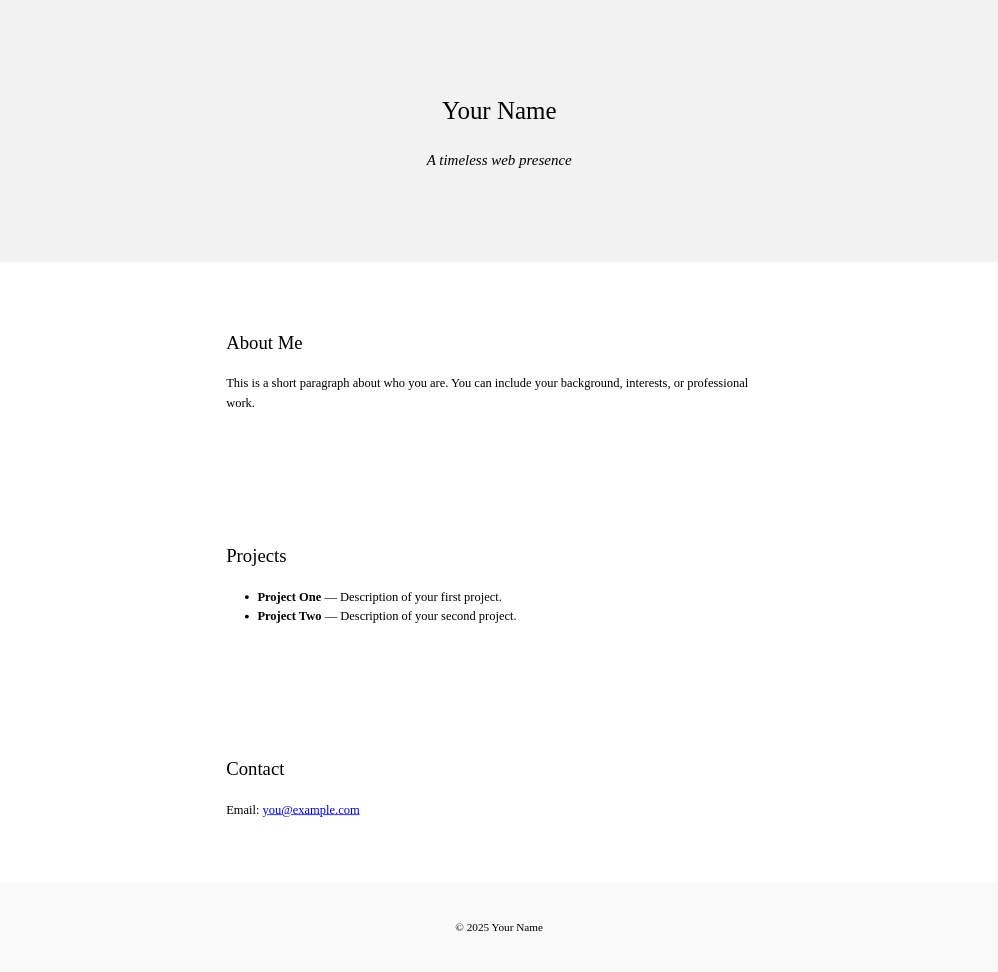
Repository: rgbweston/rgbweston.github.io
Page: index.html
The author's editor kept a copy of each file at every save. The page is drawn from the files as they stood at one save, then again after the next save.
The browser window is 1280 px wide. The pictures show the whole page, at 78% of full size.

Above is the page before, as saved 2025-06-26 10:46:08.

### index.html
<!DOCTYPE html>
<html lang="en">
<head>
  <meta charset="UTF-8" />
  <meta name="viewport" content="width=device-width, initial-scale=1.0" />
  <meta name="description" content="A classic single-page personal site." />
  <title>Your Name</title>
  <link rel="stylesheet" href="style.css" />
</head>
<body>
  <header class="hero">
    <h1>Your Name</h1>
    <p class="tagline">A timeless web presence</p>
  </header>

  <section class="section" id="about">
    <h2>About Me</h2>
    <p>This is a short paragraph about who you are. You can include your background, interests, or professional work.</p>
  </section>

  <section class="section" id="projects">
    <h2>Projects</h2>
    <ul>
      <li><strong>Project One</strong> — Description of your first project.</li>
      <li><strong>Project Two</strong> — Description of your second project.</li>
    </ul>
  </section>

  <section class="section" id="contact">
    <h2>Contact</h2>
    <p>Email: <a href="mailto:you@example.com">you@example.com</a></p>
  </section>

  <footer class="footer">
    <p>&copy; 2025 Your Name</p>
  </footer>

  <script>
    // Simple fade-in animation on scroll
    const sections = document.querySelectorAll('.section');
    const observer = new IntersectionObserver(entries => {
      entries.forEach(entry => {
        if (entry.isIntersecting) {
          entry.target.classList.add('fade-in');
        }
      });
    }, { threshold: 0.1 });

    sections.forEach(sec => observer.observe(sec));
  </script>
</body>
</html>

### style.css
/* style.css */
body {
    margin: 0;
    font-family: 'Times New Roman', serif;
    line-height: 1.6;
    background: #fff;
    color: #000;
  }

  .hero {
    text-align: center;
    padding: 6rem 1rem;
    background: #f2f2f2;
  }

  .tagline {
    font-style: italic;
    font-size: 1.2rem;
    margin-top: 0.5rem;
  }

  .section {
    padding: 4rem 2rem;
    max-width: 700px;
    margin: auto;
    opacity: 0;
    transform: translateY(20px);
    transition: opacity 0.8s ease-out, transform 0.8s ease-out;
  }

  .section.fade-in {
    opacity: 1;
    transform: translateY(0);
  }

  h1, h2 {
    font-weight: normal;
  }

  .footer {
    text-align: center;
    padding: 2rem;
    background: #f9f9f9;
    font-size: 0.9rem;
  }

After the next save:
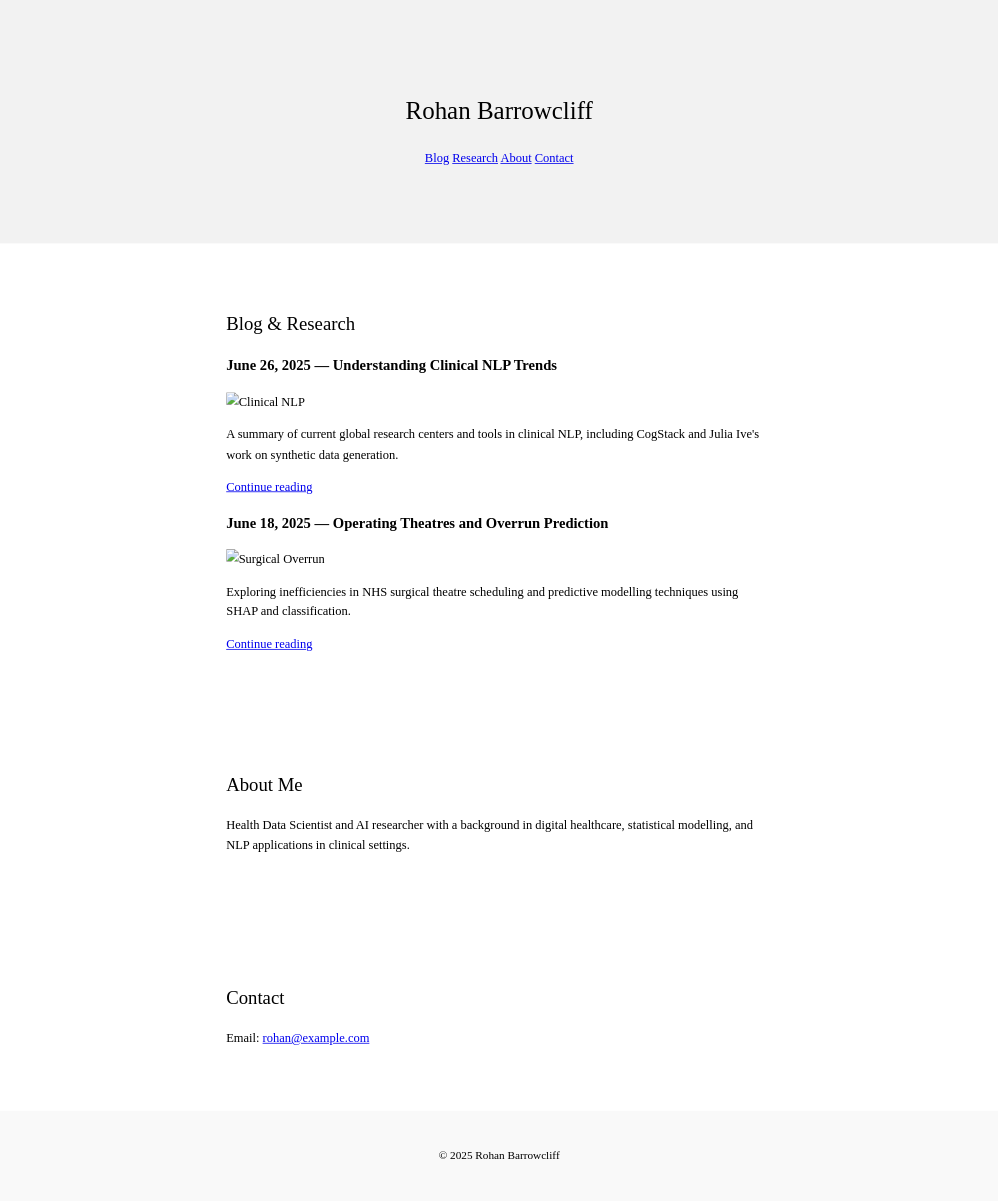
Not found: nlp-image.jpg
Not found: theatre-overrun.jpg
Saved 9 min 16 s later.
--- a/index.html
+++ b/index.html
@@ -3,36 +3,56 @@
 <head>
   <meta charset="UTF-8" />
   <meta name="viewport" content="width=device-width, initial-scale=1.0" />
-  <meta name="description" content="A classic single-page personal site." />
-  <title>Your Name</title>
+  <meta name="description" content="Rohan Barrowcliff's personal site." />
+  <title>Rohan Barrowcliff</title>
   <link rel="stylesheet" href="style.css" />
 </head>
 <body>
   <header class="hero">
-    <h1>Your Name</h1>
-    <p class="tagline">A timeless web presence</p>
+    <div class="navbar">
+      <h1 class="site-title">Rohan Barrowcliff</h1>
+      <nav class="nav-links">
+        <a href="#blog">Blog</a>
+        <a href="#research">Research</a>
+        <a href="#about">About</a>
+        <a href="#contact">Contact</a>
+      </nav>
+    </div>
   </header>
 
-  <section class="section" id="about">
-    <h2>About Me</h2>
-    <p>This is a short paragraph about who you are. You can include your background, interests, or professional work.</p>
-  </section>
+  <main>
+    <section class="section" id="blog">
+      <h2>Blog & Research</h2>
 
-  <section class="section" id="projects">
-    <h2>Projects</h2>
-    <ul>
-      <li><strong>Project One</strong> — Description of your first project.</li>
-      <li><strong>Project Two</strong> — Description of your second project.</li>
-    </ul>
-  </section>
+      <article class="post">
+        <h3>June 26, 2025 — Understanding Clinical NLP Trends</h3>
+        <img src="nlp-image.jpg" alt="Clinical NLP" class="post-image" />
+        <p>A summary of current global research centers and tools in clinical NLP, including CogStack and Julia Ive's work on synthetic data generation.</p>
+        <a href="#" class="read-more">Continue reading</a>
+      </article>
 
-  <section class="section" id="contact">
-    <h2>Contact</h2>
-    <p>Email: <a href="mailto:you@example.com">you@example.com</a></p>
-  </section>
+      <article class="post">
+        <h3>June 18, 2025 — Operating Theatres and Overrun Prediction</h3>
+        <img src="theatre-overrun.jpg" alt="Surgical Overrun" class="post-image" />
+        <p>Exploring inefficiencies in NHS surgical theatre scheduling and predictive modelling techniques using SHAP and classification.</p>
+        <a href="#" class="read-more">Continue reading</a>
+      </article>
+
+    </section>
+
+    <section class="section" id="about">
+      <h2>About Me</h2>
+      <p>Health Data Scientist and AI researcher with a background in digital healthcare, statistical modelling, and NLP applications in clinical settings.</p>
+    </section>
+
+    <section class="section" id="contact">
+      <h2>Contact</h2>
+      <p>Email: <a href="mailto:rohan@example.com">rohan@example.com</a></p>
+    </section>
+  </main>
 
   <footer class="footer">
-    <p>&copy; 2025 Your Name</p>
+    <p>&copy; 2025 Rohan Barrowcliff</p>
   </footer>
 
   <script>
